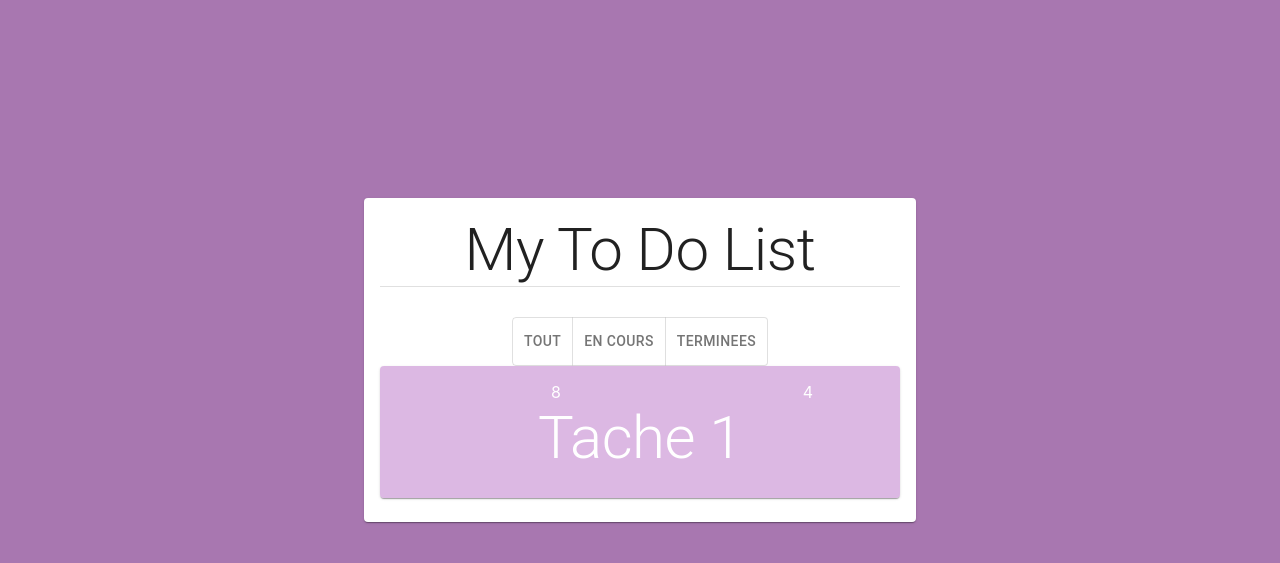
Repository: Fathiyasmine/Todo-list-project
Page: /
The author's editor kept a copy of each file at every save. The page is drawn from the files as they stood at one save, then again after the next save.
The browser window is 1280 px wide. The pictures show the whole page.
The project was rebuilt for these pictures with package versions that can differ from the ones it lists, and the page was loaded fresh each time.

Above is the page before, as saved 2025-12-07 17:12:52.

### src/App.js
import "./App.css";
import ToDoList from "./components/ToDoList";

function App() {
  return (
    <div
      className="App"
      style={{
        display: "flex",
        justifyContent: "center",
        alignItems: "center",
        background: "#a877b0",
        height: "100vh",
      }}
    >
      <ToDoList />
    </div>
  );
}

export default App;

### src/components/ToDoList.js
import * as React from "react";
import Container from "@mui/material/Container";
import Card from "@mui/material/Card";
import CardContent from "@mui/material/CardContent";
import Typography from "@mui/material/Typography";
import Divider from "@mui/material/Divider";
import ToggleButton from "@mui/material/ToggleButton";
import ToggleButtonGroup from "@mui/material/ToggleButtonGroup";
//Components
import Todo from "./Todo";
export default function ToDoList() {
  return (
    <Container maxWidth="sm">
      <Card>
        <CardContent>
          <Typography variant="h2">My To Do List</Typography>
          <Divider />
          {/*Filter buttons */}
          <ToggleButtonGroup
            // value={alignment}
            exclusive
            // onChange={handleAlignment}
            aria-label="text alignment"
            style={{ marginTop: "30px" }}
          >
            <ToggleButton value="left">Tout</ToggleButton>
            <ToggleButton value="right">En cours</ToggleButton>
            <ToggleButton value="center">Terminees</ToggleButton>
          </ToggleButtonGroup>
          {/*Filter buttons */}
          {/*All todos */}
          <Todo />
          {/*All todos */}
        </CardContent>
      </Card>
    </Container>
  );
}

### src/components/Todo.js
import Card from "@mui/material/Card";
import CardContent from "@mui/material/CardContent";
import Typography from "@mui/material/Typography";
import Grid from "@mui/material/Grid";

export default function Todo() {
  return (
    <>
      <Card style={{ color: "white", background: "#c990d3a3" }}>
        <CardContent>
          <Grid container spacing={2}>
            <Grid size={8}>8</Grid>
            <Grid size={4}>4 </Grid>
          </Grid>
          <Typography variant="h2">Tache 1</Typography>
        </CardContent>
      </Card>
    </>
  );
}

Loaded but not shown: public/index.html (common file); src/index.js (common file); src/index.css (common file); src/reportWebVitals.js (common file); src/App.css (common file)

After the next save:
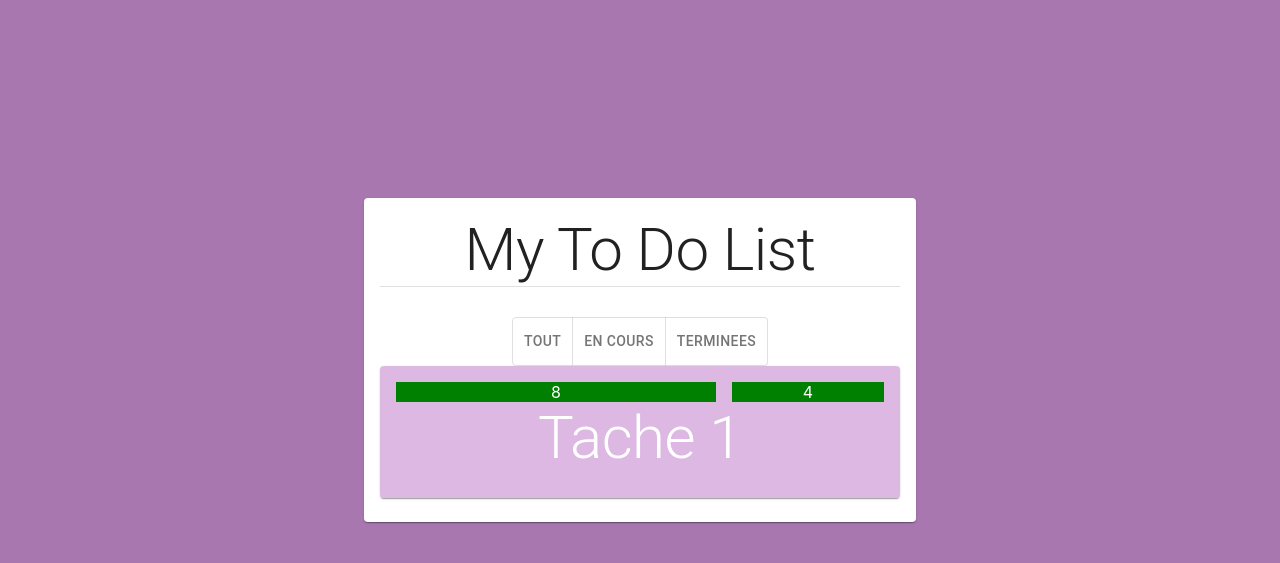
Saved 60 s later.
--- a/src/components/Todo.js
+++ b/src/components/Todo.js
@@ -9,8 +9,12 @@ export default function Todo() {
       <Card style={{ color: "white", background: "#c990d3a3" }}>
         <CardContent>
           <Grid container spacing={2}>
-            <Grid size={8}>8</Grid>
-            <Grid size={4}>4 </Grid>
+            <Grid size={8} style={{ background: "green" }}>
+              8
+            </Grid>
+            <Grid size={4} style={{ background: "green" }}>
+              4{" "}
+            </Grid>
           </Grid>
           <Typography variant="h2">Tache 1</Typography>
         </CardContent>
